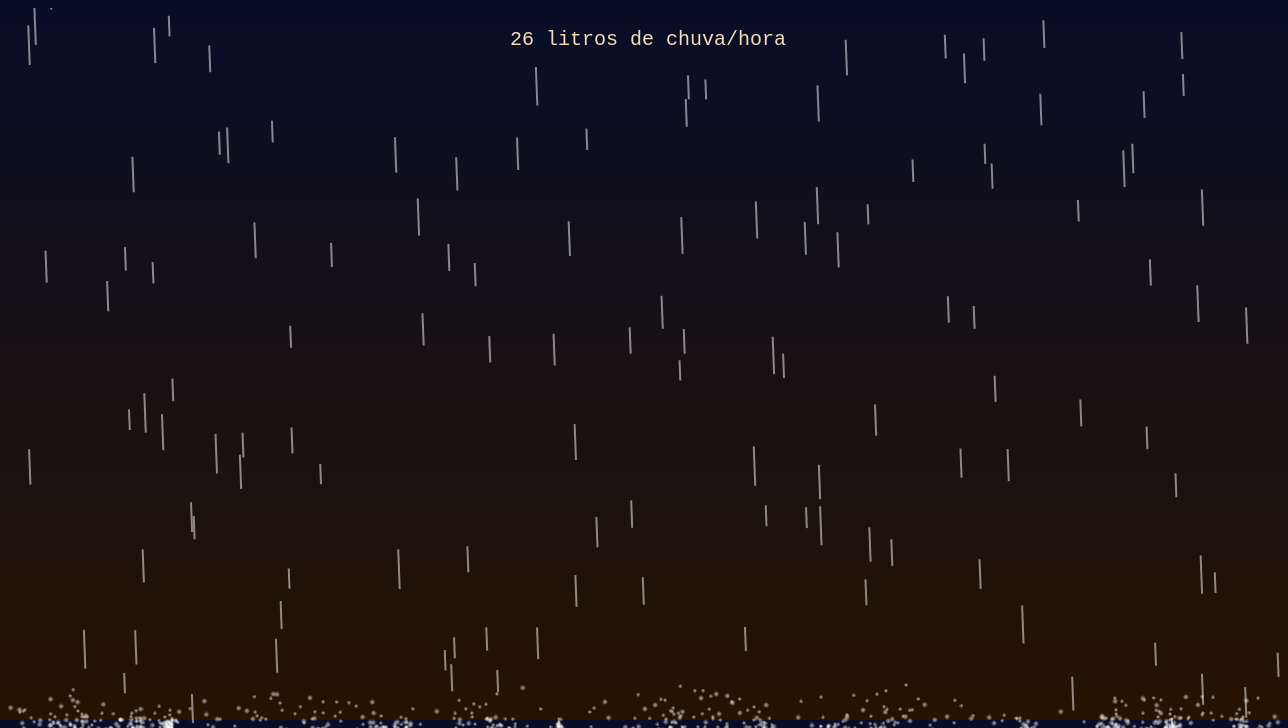
Repository: lucasthaynan/chuvas-estadao
Page: index.html
These files come from the project's save history. The page is drawn as it stood at one moment and after the next save; the edit follows.
The browser window is 1280 px wide. The page is 1288 px wide, so the pictures cover 1288 px, including what lies to the right of the window. The pictures show the whole page.

Above is the page before, as saved 2023-02-23 18:43:04.
Console error: ReferenceError: dat is not defined

After the next save:
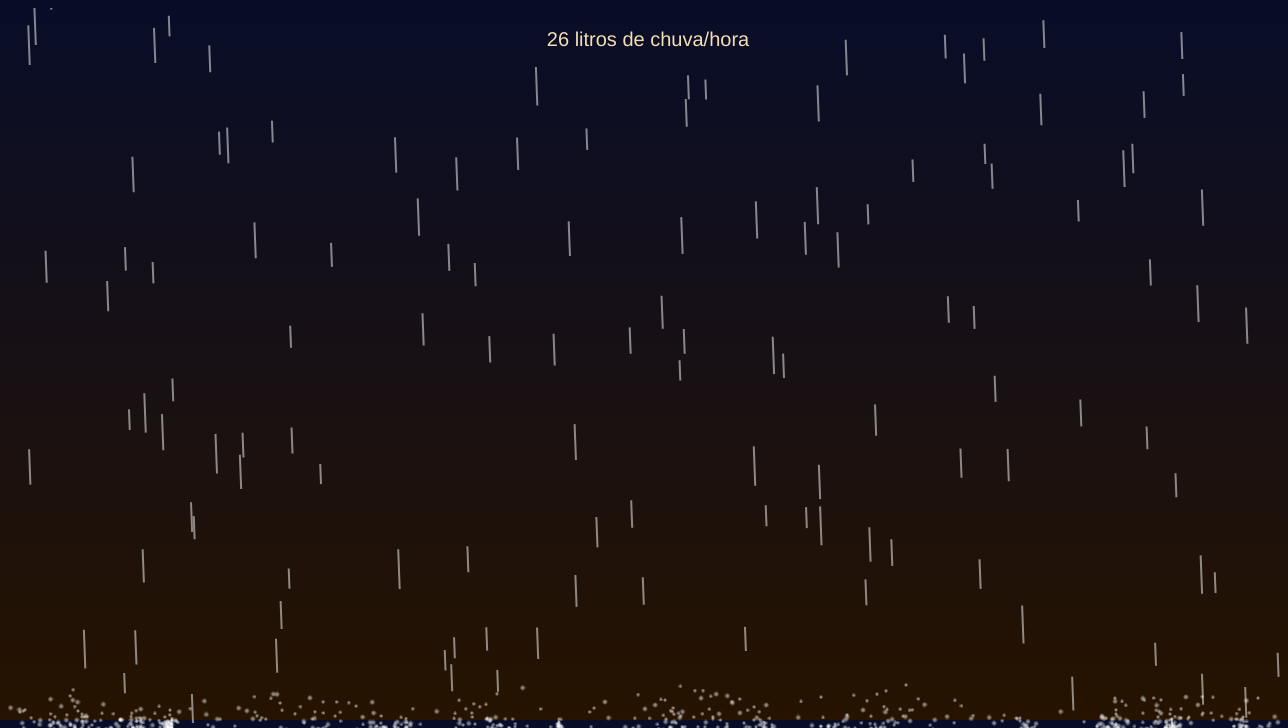
Saved 7 s later.
--- a/style.css
+++ b/style.css
@@ -32,5 +32,5 @@ background: -webkit-linear-gradient(top,  rgba(8,13,40,1) 0%,rgba(38,19,0,1) 100
 p {
     color: wheat;
     font-size: 20px;
-    font-family: 'Courier New', Courier, monospace;
+    font-family:'Franklin Gothic Medium', 'Arial Narrow', Arial, sans-serif
 }
